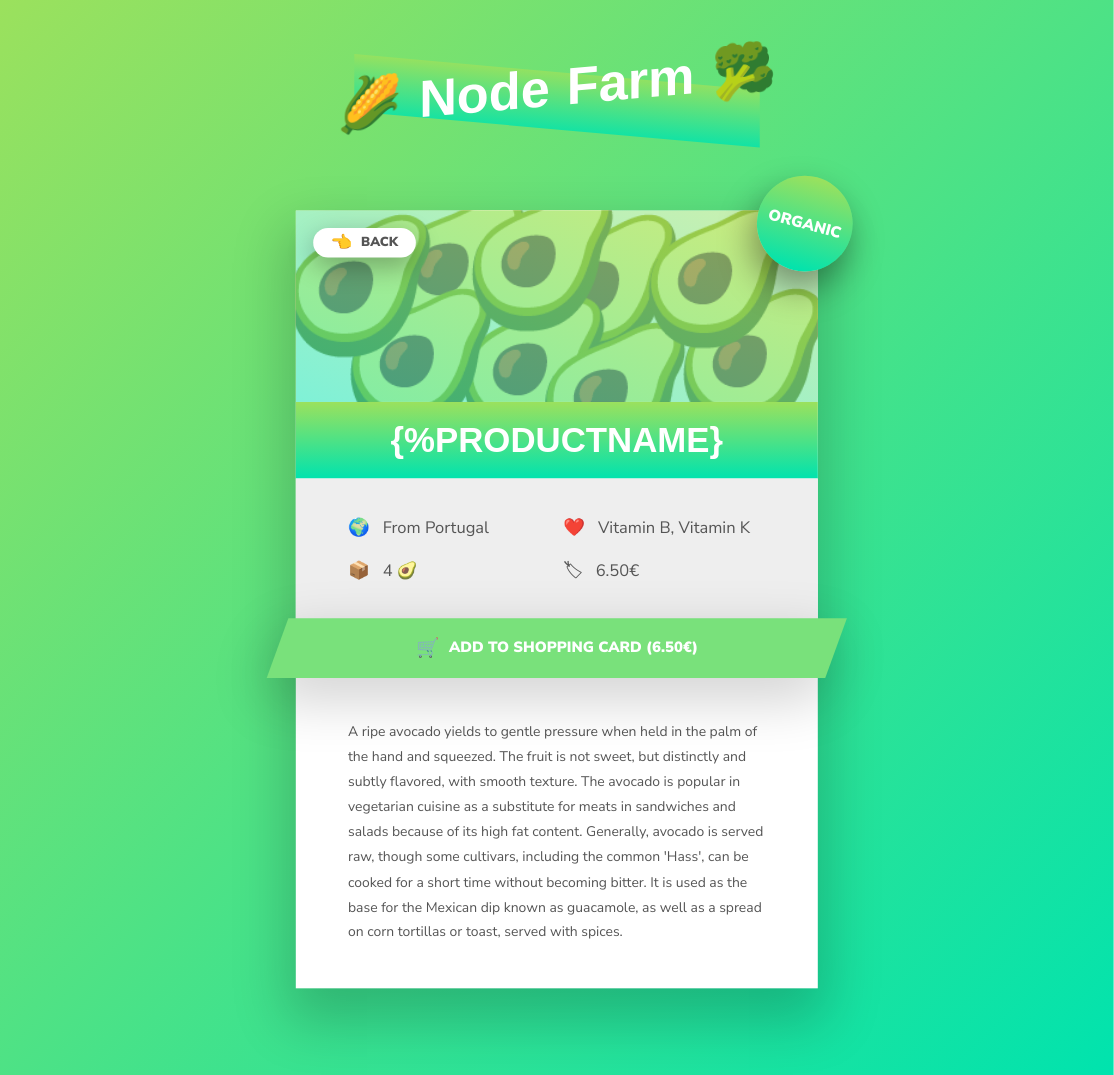
Repository: Tiantian-C/node2
Page: templates/product.html
An editor plug-in stored every save of this project. The page is shown before and after the next save, followed by the edit.
The browser window is 1280 px wide. The pictures show the whole page, at 87% of full size.
Some web fonts or font styles are not loaded; a fallback is used.

Above is the page before, as saved 2023-07-15 15:26:42.

### templates/product.html
<!DOCTYPE html>
<html lang="en">
  <head>
    <meta charset="UTF-8" />
    <meta name="viewport" content="width=device-width, initial-scale=1.0" />
    <meta http-equiv="X-UA-Compatible" content="ie=edge" />
    <link
      href="https://fonts.googleapis.com/css?family=Megrim|Nunito+Sans:400,900"
      rel="stylesheet"
    />
    <link
      rel="icon"
      href="https://emojipedia-us.s3.dualstack.us-west-1.amazonaws.com/thumbs/240/apple/155/ear-of-maize_1f33d.png"
    />

    <title>Fresh Avocados 🥑 /// NODE FARM</title>

    <style>
      *,
      *::before,
      *::after {
        margin: 0;
        padding: 0;
        box-sizing: inherit;
      }

      html {
        font-size: 62.5%;
        box-sizing: border-box;
      }

      body {
        padding: 5rem 5rem 10rem;
        line-height: 1.7;
        font-family: 'Nunito Sans', sans-serif;
        color: #555;
        min-height: 100vh;
        background: linear-gradient(to bottom right, #9be15d, #00e3ae);
      }

      h1 {
        font-family: 'Megrim', sans-serif;
        font-size: 6rem;
        color: white;
        transform: skewY(-5deg);
        text-align: center;
        position: relative;
        word-spacing: 3px;
      }

      h1::before {
        content: '';
        display: block;
        height: 65%;
        width: 49%;
        position: absolute;
        top: 105%;
        left: 50%;
        background: linear-gradient(to bottom, #9be15d, #00e3ae);
        opacity: 0.8;
        z-index: -1;
        transform: skewY(370deg) translate(-50%, -50%);
      }

      .container {
        width: 95rem;
        margin: 0 auto;
      }

      .product {
        width: 60rem;
        margin: 0 auto;
        margin-top: 9rem;
        background: white;
        box-shadow: 0 3rem 6rem 1rem rgba(0, 0, 0, 0.2);
        position: relative;
      }

      .product__hero {
        position: relative;
        height: 22rem;
        overflow: hidden;
      }

      .product__hero::before {
        content: '';
        display: block;
        height: 100%;
        width: 100%;
        position: absolute;
        top: 0;
        left: 0;
        background-image: linear-gradient(to left bottom, #9be15d, #00e3ae);
        opacity: 0.5;
        z-index: 100;
      }

      .product__emoji {
        font-size: 15rem;
        position: absolute;
      }

      .product__emoji--1 {
        top: -4rem;
        left: -2rem;
        z-index: 10;
      }

      .product__emoji--2 {
        top: -6rem;
        left: 9rem;
      }

      .product__emoji--3 {
        top: -4rem;
        right: 15rem;
      }

      .product__emoji--4 {
        top: -5rem;
        right: 2rem;
        z-index: 10;
      }

      .product__emoji--5 {
        bottom: -9rem;
        left: 18rem;
      }

      .product__emoji--6 {
        bottom: -8rem;
        left: 5rem;
      }

      .product__emoji--7 {
        bottom: -12rem;
        right: 14rem;
      }

      .product__emoji--8 {
        bottom: -8rem;
        right: -2rem;
      }

      .product__emoji--9 {
        top: -7rem;
        left: 19rem;
      }

      .product__organic {
        position: absolute;
        top: -4rem;
        right: -4rem;
        z-index: 1000;
        height: 11rem;
        width: 11rem;
        background-image: linear-gradient(to bottom, #9be15d, #00e3ae);
        border-radius: 50%;
        transform: rotate(15deg);
        box-shadow: 0 2rem 4rem rgba(0, 0, 0, 0.4);
        display: flex;
        align-items: center;
        justify-content: center;
      }

      .product__organic h5 {
        font-weight: 900;
        text-transform: uppercase;
        font-size: 1.8rem;
        color: white;
      }

      .product__back:link,
      .product__back:visited {
        position: absolute;
        top: 2rem;
        left: 2rem;
        font-size: 1.5rem;
        font-weight: 700;
        text-transform: uppercase;
        text-decoration: none;
        z-index: 1000;
        color: #555;
        background-color: white;
        box-shadow: 0 1rem 3rem rgba(0, 0, 0, 0.3);
        border-radius: 100rem;
        padding: 0 2rem;
        transition: all 0.3s;
        display: flex;
        align-items: center;
      }

      .product__back:hover,
      .product__back:active {
        background-color: #79e17b;
      }

      .product__name {
        background: linear-gradient(to bottom, #9be15d, #00e3ae);
        padding: 1rem;
        font-family: 'Megrim', sans-serif;
        font-size: 4rem;
        color: white;
        text-align: center;
        word-spacing: 2px;
      }

      .product__details {
        background-color: #eee;
        padding: 4rem 6rem;
        font-size: 1.9rem;
        display: grid;
        grid-template-columns: 1fr 1fr;
        grid-gap: 1.5rem;
      }

      .product__description {
        padding: 5rem 6rem;
        font-size: 1.6rem;
        line-height: 1.8;
      }

      .product__link:link,
      .product__link:visited {
        display: block;
        background-color: #79e17b;
        color: white;
        font-size: 1.6rem;
        font-weight: 700;
        text-transform: uppercase;
        text-decoration: none;
        padding: 1.5rem;
        text-align: center;
        transform: scale(1.07) skewX(-20deg);
        box-shadow: 0 2rem 6rem rgba(0, 0, 0, 0.2);
        display: flex;
        align-items: center;
        justify-content: center;
        transition: all 0.3s;
      }

      .product__link:hover,
      .product__link:active {
        background-color: #9be15d;
        transform: scale(1.1) skewX(-20deg);
      }

      .product__link span {
        transform: skewX(20deg);
      }

      .emoji-left {
        font-size: 2rem;
        margin-right: 1rem;
      }

      .emoji-right {
        font-size: 2rem;
        margin-left: 1rem;
      }

      .not-organic {
        display: none;
      }
    </style>
  </head>

  <body>
    <div class="container">
      <h1>🌽 Node Farm 🥦</h1>

      <figure class="product">
        <div class="product__organic"><h5>Organic</h5></div>
        <a href="#" class="product__back">
          <span class="emoji-left">👈</span>Back
        </a>
        <div class="product__hero">
          <span class="product__emoji product__emoji--1">🥑</span>
          <span class="product__emoji product__emoji--2">🥑</span>
          <span class="product__emoji product__emoji--3">🥑</span>
          <span class="product__emoji product__emoji--4">🥑</span>
          <span class="product__emoji product__emoji--5">🥑</span>
          <span class="product__emoji product__emoji--6">🥑</span>
          <span class="product__emoji product__emoji--7">🥑</span>
          <span class="product__emoji product__emoji--8">🥑</span>
          <span class="product__emoji product__emoji--9">🥑</span>
        </div>
        <h2 class="product__name">{%PRODUCTNAME}</h2>
        <div class="product__details">
          <p><span class="emoji-left">🌍</span> From Portugal</p>
          <p><span class="emoji-left">❤️</span> Vitamin B, Vitamin K</p>
          <p><span class="emoji-left">📦</span> 4 🥑</p>
          <p><span class="emoji-left">🏷</span> 6.50€</p>
        </div>

        <a href="#" class="product__link">
          <span class="emoji-left">🛒</span>
          <span>Add to shopping card (6.50€)</span>
        </a>

        <p class="product__description">
          A ripe avocado yields to gentle pressure when held in the palm of the
          hand and squeezed. The fruit is not sweet, but distinctly and subtly
          flavored, with smooth texture. The avocado is popular in vegetarian
          cuisine as a substitute for meats in sandwiches and salads because of
          its high fat content. Generally, avocado is served raw, though some
          cultivars, including the common 'Hass', can be cooked for a short time
          without becoming bitter. It is used as the base for the Mexican dip
          known as guacamole, as well as a spread on corn tortillas or toast,
          served with spices.
        </p>
      </figure>

    </div>
  </body>
</html>

After the next save:
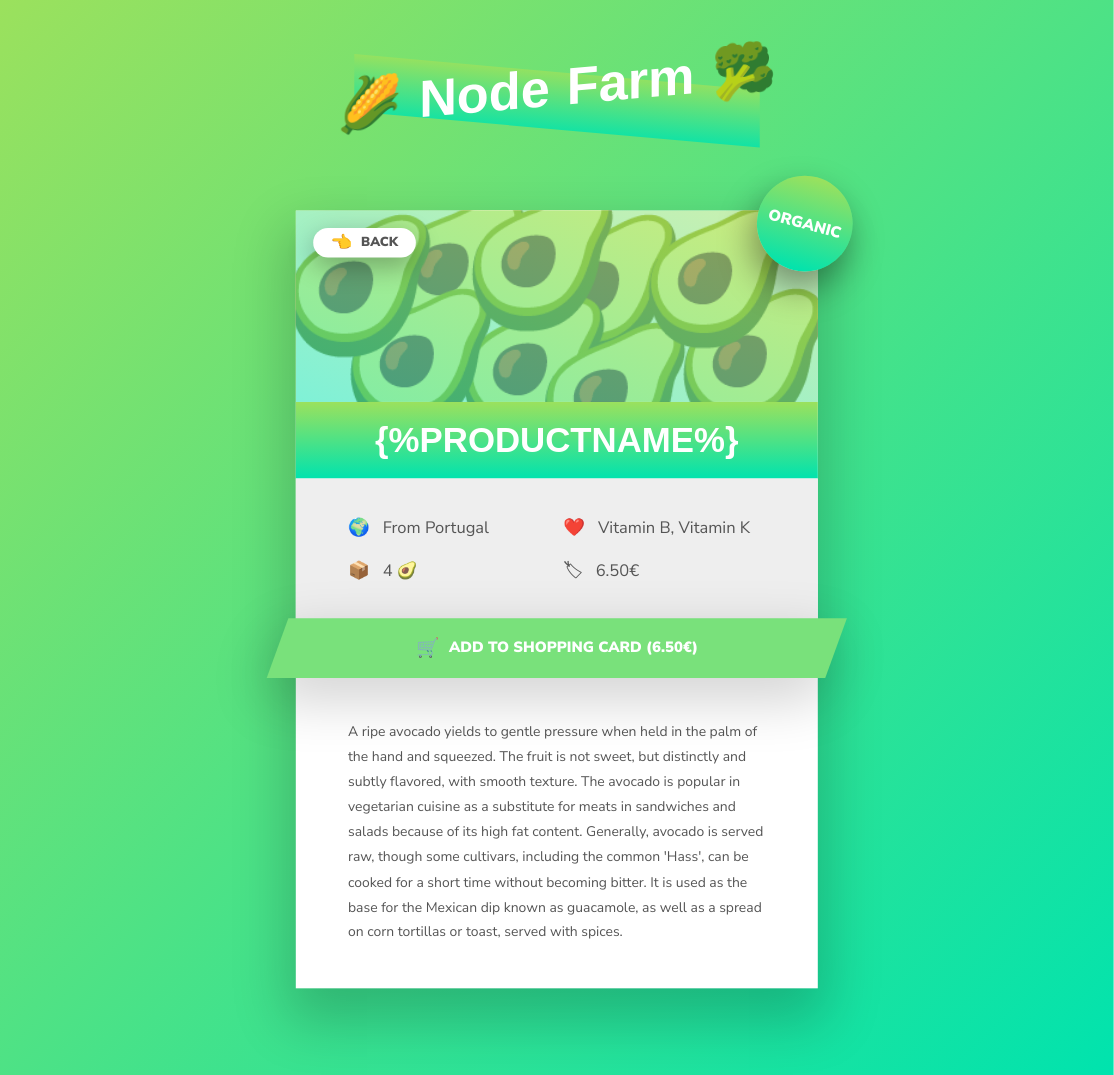
Saved 5 s later.
--- a/templates/product.html
+++ b/templates/product.html
@@ -285,7 +285,7 @@
           <span class="product__emoji product__emoji--8">🥑</span>
           <span class="product__emoji product__emoji--9">🥑</span>
         </div>
-        <h2 class="product__name">{%PRODUCTNAME}</h2>
+        <h2 class="product__name">{%PRODUCTNAME%}</h2>
         <div class="product__details">
           <p><span class="emoji-left">🌍</span> From Portugal</p>
           <p><span class="emoji-left">❤️</span> Vitamin B, Vitamin K</p>
